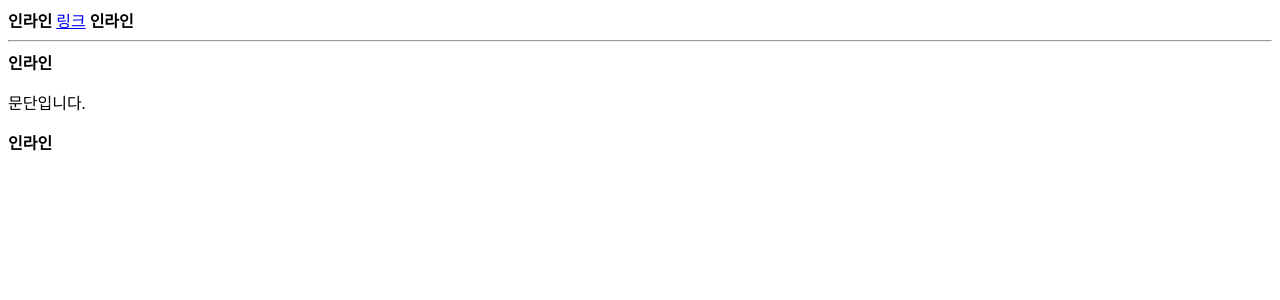
Repository: Chun0903/classStudy_github.io
Page: client/ClientTest/WebContent/ex11_tag.html
These files come from the project's save history. The page is drawn as it stood at one moment and after the next save; the edit follows.
The browser window is 1280 px wide. The pictures show the whole page.

Above is the page before, as saved 2020-06-19 03:15:23.

### client/ClientTest/WebContent/ex11_tag.html
<!DOCTYPE html>
<html>
<head>
<meta charset="UTF-8">
<title>Insert title here</title>
</head>
<body>

	<!--

		********중요!!
		인라인 태그 vs 블럭 태그
		- 모든 태그들은 위의 두 분류 중 하나에 속한다.

		<a>, <b>, <strong> : 인라인 태그
		<p>, <h1>, <hr> : 블럭 태그

		인라인 태그, Inline Tag
		- 자신의 내용물과 주변 태그의 내용물을 같은 라인에 출력한다.

		블럭 태그, Block Tag
		- 자신의 내용물을 주변 태그의 내용물과 다른 라인에 출력한다.
		- 자신이 현재 라인을 독점한다. > 영역의 너비가 항상 100%다.

	-->
	<b>인라인</b>
	<a href="#">링크</a>
	<strong>인라인</strong>

	<hr>

	<b>인라인</b>
	<p>문단입니다.</p>
	<strong>인라인</strong>


</body>
</html>

After the next save:
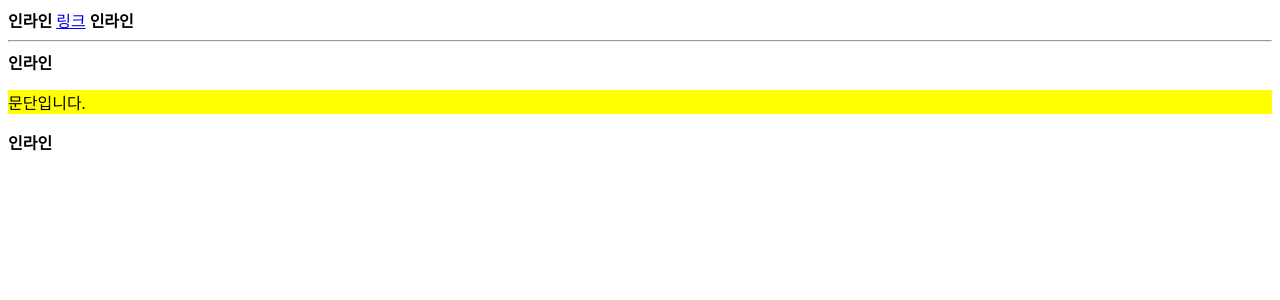
Saved 77 s later.
--- a/client/ClientTest/WebContent/ex11_tag.html
+++ b/client/ClientTest/WebContent/ex11_tag.html
@@ -30,7 +30,7 @@
 	<hr>
 
 	<b>인라인</b>
-	<p>문단입니다.</p>
+	<p style="background-color:yellow;">문단입니다.</p>
 	<strong>인라인</strong>
 
 
